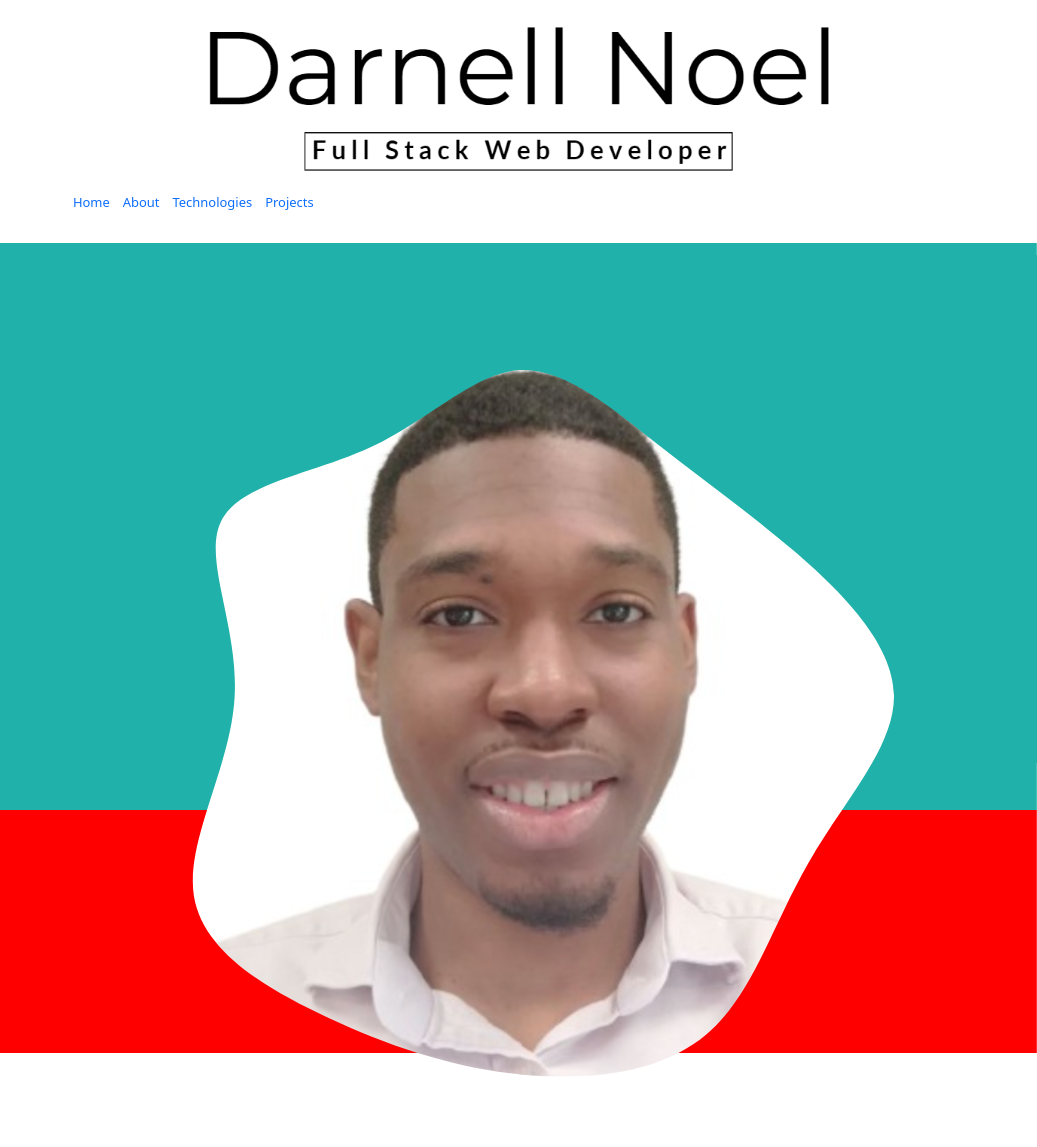
Repository: DNoel26/My_Dev_Portfolio
Page: index.html
An editor plug-in stored every save of this project. The page is shown before and after the next save, followed by the edit.
The browser window is 1280 px wide. The pictures show the whole page, at 81% of full size.

Above is the page before, as saved 2021-01-28 18:54:00.

After the next save:
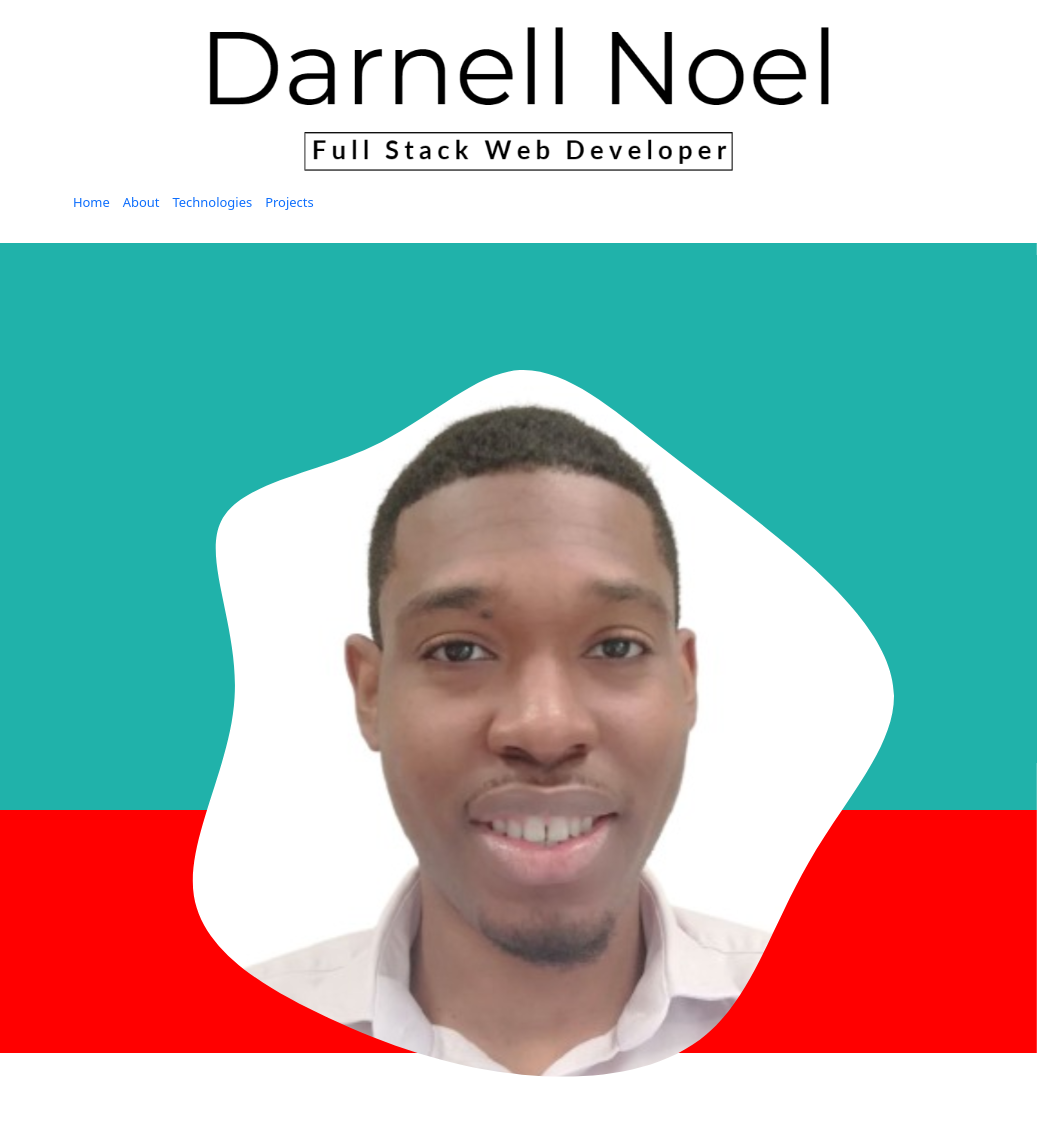
Saved 5 s later.
--- a/index.html
+++ b/index.html
@@ -42,7 +42,7 @@
                     <!--<img src="/img/profile_pic.jpg" alt="Darnell Noel's profile pic" class="prof-pic svg-clip">-->
                     <svg viewBox="0 0 200 200" xmlns="http://www.w3.org/2000/svg">
                         <defs>
-                            <pattern id="img-pattern" x="-0.15" y="-.15" width="1.15" height="1.15">
+                            <pattern id="img-pattern" x="-0.15" y="-.10" width="1.15" height="1.15">
                                 <image href="/img/profile_pic_white_bg.jpg"/>
                             </pattern>
                         </defs>
